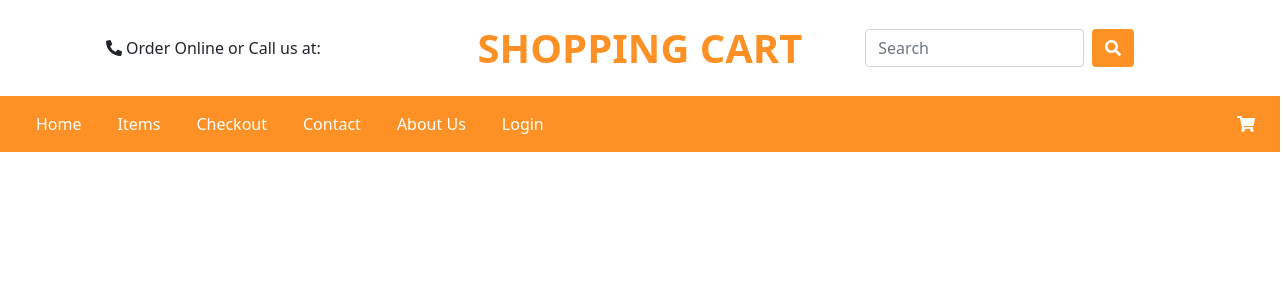
Repository: SaudCh/React-Ecommerce
Page: /login
An editor plug-in stored every save of this project. The page is shown before and after the next save, followed by the edit.
The browser window is 1280 px wide. The page is 1280 px wide, then 1284 px, so the pictures cover 1284 px, including what lies to the right of the window. The pictures show the whole page.
The project was rebuilt for these pictures with package versions that can differ from the ones it lists, and the page was loaded fresh each time. Also part of the build but not shown: src/App.css, src/Home/Carousel.jsx, src/Home/home.jsx.

Above is the page before, as saved 2021-12-05 14:06:38.

After the next save:
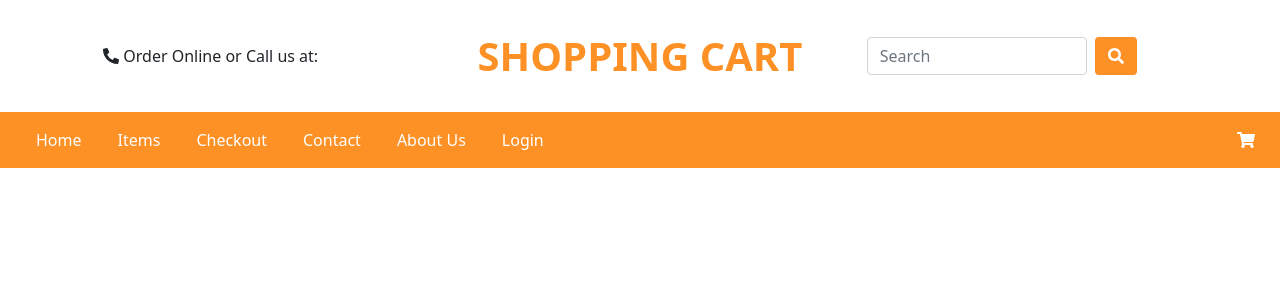
Saved 7 s later.
--- a/src/Header/Header.jsx
+++ b/src/Header/Header.jsx
@@ -11,7 +11,7 @@ import "./Header.css";
 export default function Header() {
   return (
     <div>
-      <nav className="container-fluid my-4">
+      <nav className="container-fluid p-2 my-4">
         <div className="row align-items-center">
           <div className="col-12 col-md-4 my-2 my-lg-0 text-center ">
             <p className="m-0 p-0">
